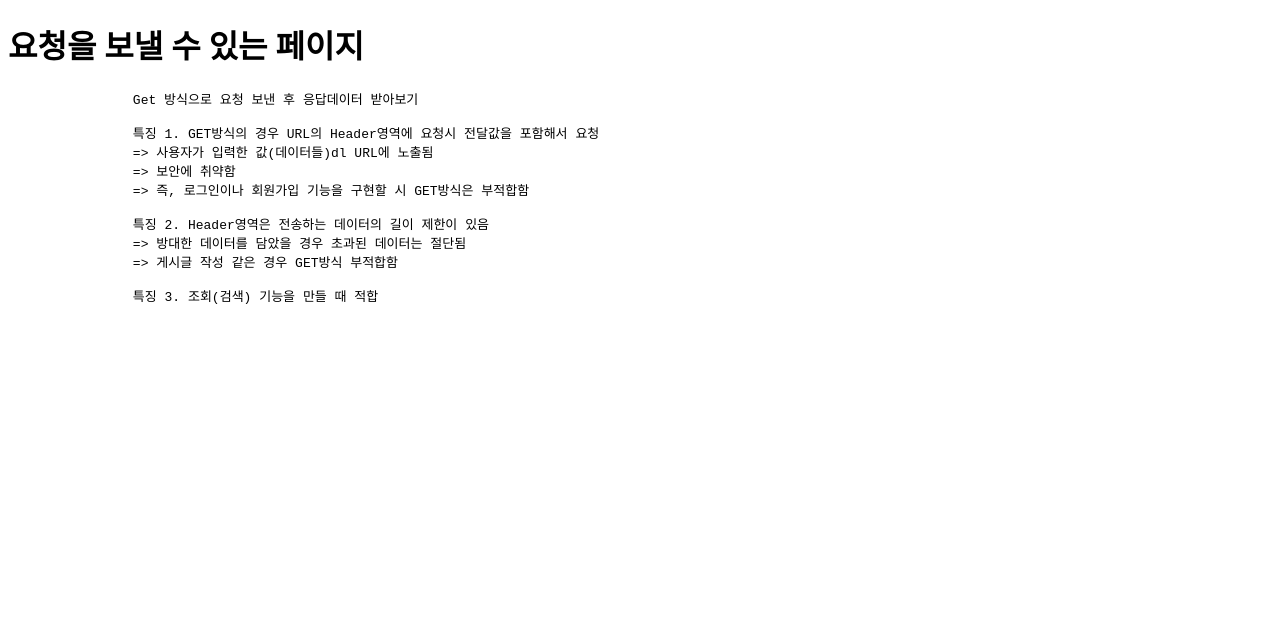
Repository: ghksl0204-shapa/dynamic-web
Page: MyFirstWebProject/src/main/webapp/views/post.html
The author's editor kept a copy of each file at every save. The page is drawn from the files as they stood at one save, then again after the next save.
The browser window is 1280 px wide. The pictures show the whole page.

Above is the page before, as saved 2026-05-04 03:46:33.

After the next save:
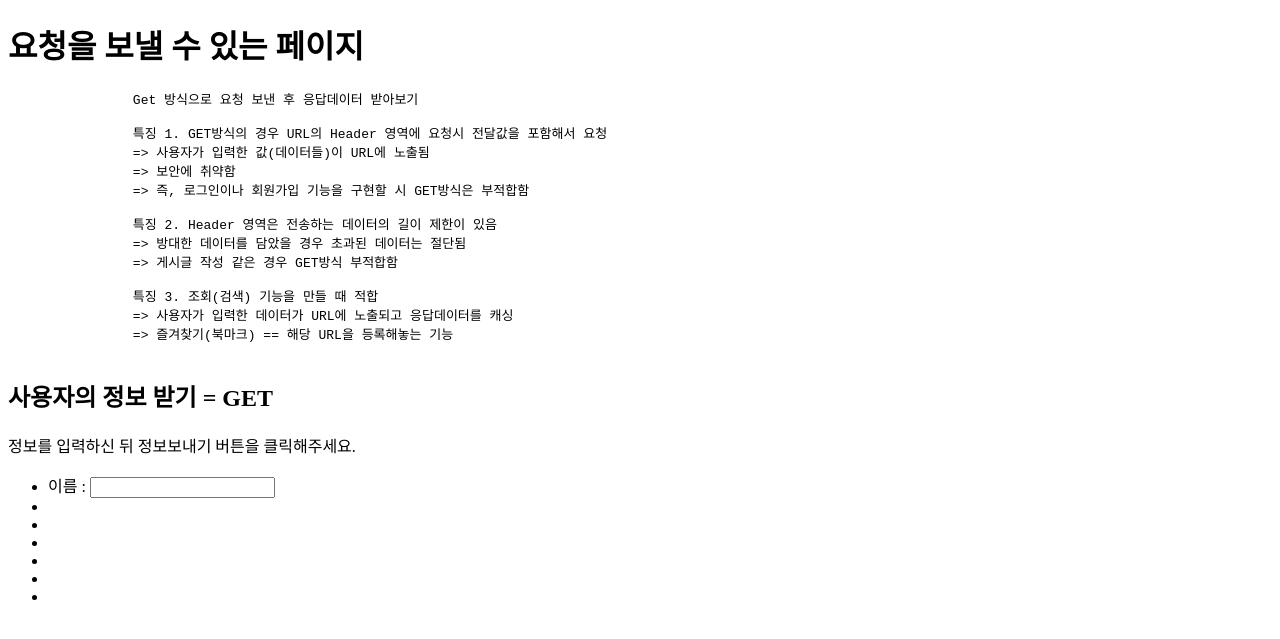
Saved 79 min 13 s later.
--- a/MyFirstWebProject/src/main/webapp/views/post.html
+++ b/MyFirstWebProject/src/main/webapp/views/post.html
@@ -10,19 +10,51 @@
 	<pre>
 		Get 방식으로 요청 보낸 후 응답데이터 받아보기
 
-		특징 1. GET방식의 경우 URL의 Header영역에 요청시 전달값을 포함해서 요청
-		=> 사용자가 입력한 값(데이터들)dl URL에 노출됨
+		특징 1. GET방식의 경우 URL의 Header 영역에 요청시 전달값을 포함해서 요청
+		=> 사용자가 입력한 값(데이터들)이 URL에 노출됨
 		=> 보안에 취약함
 		=> 즉, 로그인이나 회원가입 기능을 구현할 시 GET방식은 부적합함
 
-		특징 2. Header영역은 전송하는 데이터의 길이 제한이 있음
+		특징 2. Header 영역은 전송하는 데이터의 길이 제한이 있음
 		=> 방대한 데이터를 담았을 경우 초과된 데이터는 절단됨
 		=> 게시글 작성 같은 경우 GET방식 부적합함
 
 		특징 3. 조회(검색) 기능을 만들 때 적합
+		=> 사용자가 입력한 데이터가 URL에 노출되고 응답데이터를 캐싱
+		=> 즐겨찾기(북마크) == 해당 URL을 등록해놓는 기능
+	</pre>
 
-	</pre>
+	<h2> 사용자의 정보 받기 = GET</h2>
+
+	<p>정보를 입력하신 뒤 정보보내기 버튼을 클릭해주세요.</p>
+
+	<form method="get">
+		<ul>
+			<li>
+				이름 : <input type="text" name="name" />
+			</li>
+			<li>
+
+			</li>
+			<li>
+
+			</li>
+			<li>
+
+			</li>
+			<li>
+
+			</li>
+			<li>
+
+			</li>
+			<li>
+
+			</li>
+		</ul>
+	</form>
 
 
 
 </body>
+</html>
